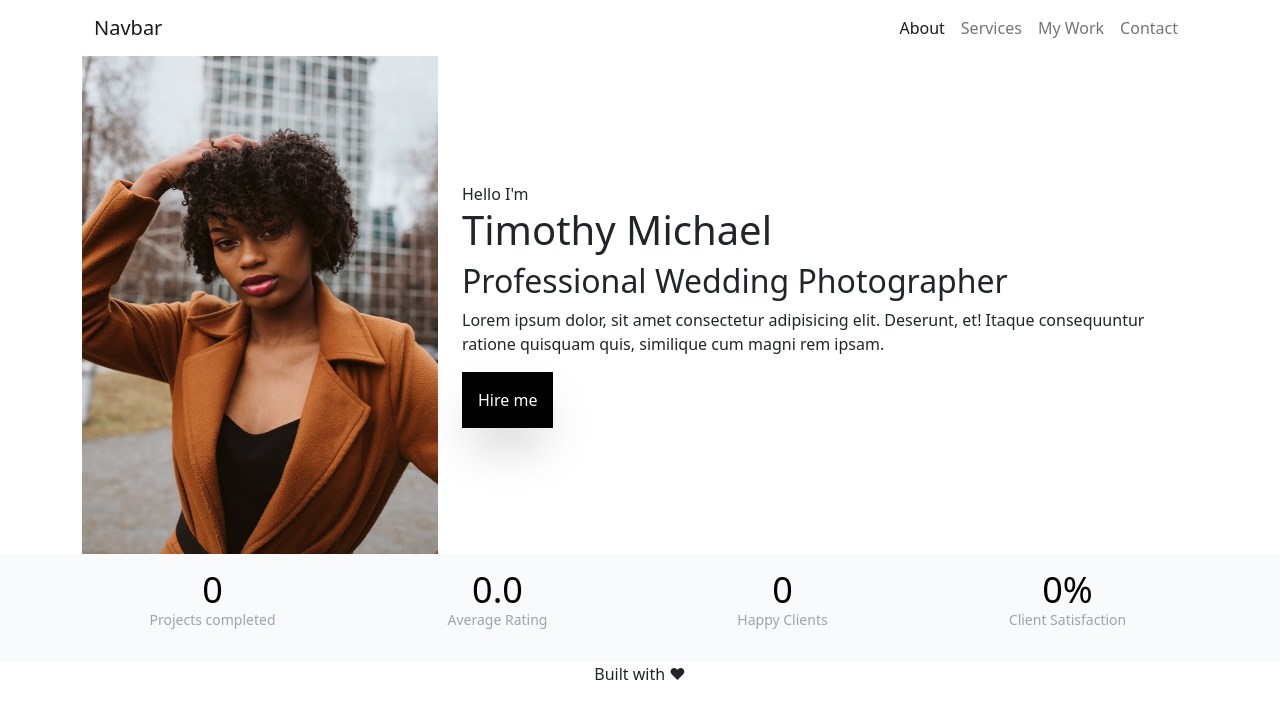
Repository: latenightsnacc/giggles
Page: HTML/freelancer.html
These files come from the project's save history. The page is drawn as it stood at one moment and after the next save; the edit follows.
The browser window is 1280 px wide. The pictures show the whole page.
Some web libraries are served in a nearby version.

Above is the page before, as saved 2021-01-03 15:04:53.

After the next save:
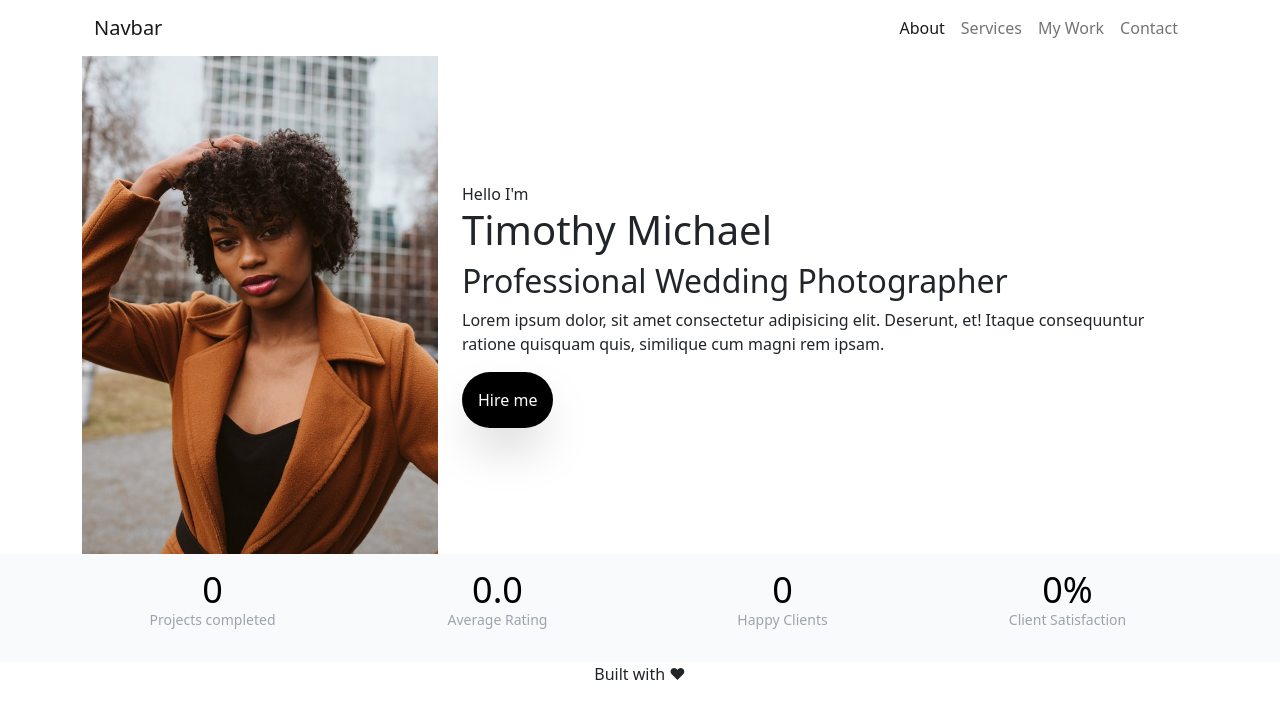
Saved 7 s later.
--- a/HTML/freelancer.html
+++ b/HTML/freelancer.html
@@ -57,7 +57,7 @@
                         <h1>Timothy Michael</h1>
                         <h2>Professional Wedding Photographer</h2>
                         <p>Lorem ipsum dolor, sit amet consectetur adipisicing elit. Deserunt, et! Itaque consequuntur ratione quisquam quis, similique cum magni rem ipsam.</p>
-                        <button class="bg-black text-white p-3 semi-bold rounded-xxl shadow-2xl">Hire me</button>
+                        <button class="bg-black text-white p-3 semi-bold rounded-full shadow-2xl">Hire me</button>
                     </div>
                 </div>
             </div>
